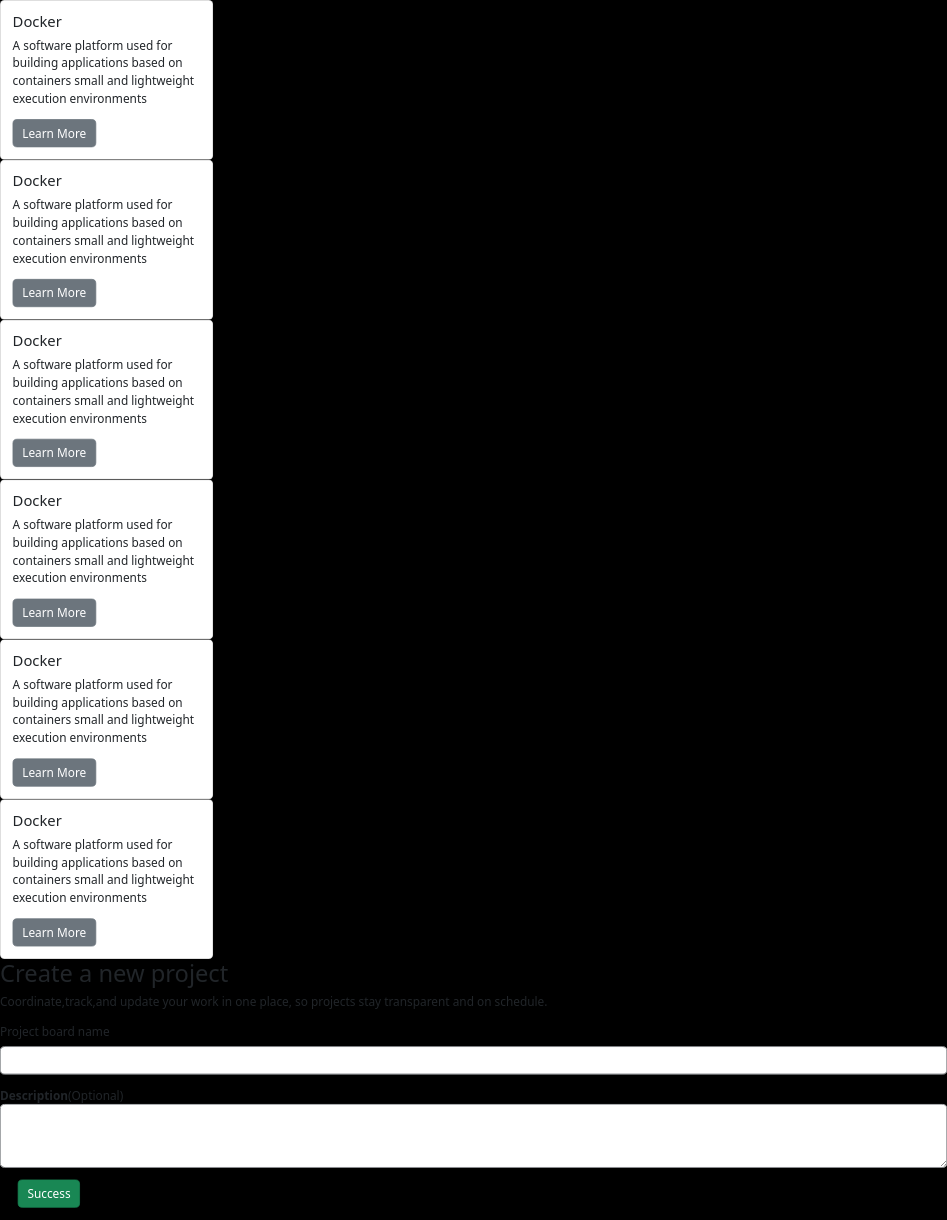
Repository: NSS-Evening-25-Cohort/e25-gitsub-control-alt-defeat
Page: index.html
The author's editor kept a copy of each file at every save. The page is drawn from the files as they stood at one save, then again after the next save.
The browser window is 1280 px wide. The pictures show the whole page, at 74% of full size.

Above is the page before, as saved 2023-11-07 19:10:59.

### index.html
<!DOCTYPE html>
<html lang="en">
  <head>
    <meta charset="UTF-8" />
    <meta name="viewport" content="width=device-width, initial-scale=1.0" />
    <link
      rel="stylesheet"
      href="https://cdn.jsdelivr.net/npm/bootstrap@5.3.2/dist/css/bootstrap.min.css"
    />
    <link rel="stylesheet" href="main.css" />
    <title>Document</title>
  </head>
  <body>
    <div id="app2"></div>
    <div id="app1"></div>
    <script src="	https://cdn.jsdelivr.net/npm/bootstrap@5.3.2/dist/js/bootstrap.bundle.min.js"></script>
    <div class="packageHeader"><h2>Create a new project</h2>
      <p>Coordinate,track,and update your work in one place, so projects stay transparent and on schedule.</p>
    </div>

    <form>
        <div class="mb-3">
        <label for="exampleInputEmail1" class="form-label" id="boardName">Project board name</label>
        <input type="text" class="form-control" class="packageForm" id="projectBoardName" aria-describedby="emailHelp">
      </div>
      <div class="form-group mb-3">
        <label for="exampleFormControlTextarea1" id="descriptionName" class="packageForm"><B>Description</B>(Optional)</label>
        <textarea class="form-control" id="projectDescription" rows="3"></textarea>
      </div>
      </div>
      <div class="mb-3 form-check">
        <button type="submit" class="btn btn-success">Success</button>
    </form>

    <script src="main.js"></script>

  </body>
</html>

### main.css
body {
  background-color: black;

  /* display: flex;
  flex-direction: column; */
}

/* .headerPlacement {
  display: flex;
  justify-content: end;
}

header {
  margin: 3%;
  height: 3rem;
  width: 65%;
  justify-content: left;
  display: flex;
  gap: 5%;
  background-color: blue;
}

#sidebar {
  background-color: blueviolet;
  float: left;
  margin-right: 8%;
  width: 175px;
}

.appContainer {
  display: flex;
  justify-content: center;
  margin: 3%;
}

#app1 {
  background-color: aqua;
  height: 250px;
  width: 400px;
}

#app2 {
  margin-top: 5%;
  background-color: blue;
  height: 250px;
}

.footer {
  background-color: aquamarine;
  display: flex;
  justify-content: center;
  gap: 10%;
} */

.footer img {
  width: 10px;
  height: 10px;
  border-radius: 10px;
  margin-right: 10px;
}

### main.js
const packageCards =[
  {
    id: 1,
    name: "Docker",
    info: "A software platform used for building applications based on containers small and lightweight execution environments",
  },
  {
    id: 2,
    name: "Docker",
    info: "A software platform used for building applications based on containers small and lightweight execution environments"
  },
  {
    id: 3,
    name: "Docker",
    info: "A software platform used for building applications based on containers small and lightweight execution environments"
  },
  {
    id: 4,
    img: "image",
    name: "Docker",
    info: "A software platform used for building applications based on containers small and lightweight execution environments"
  },
  {
    id: 5,
    imageURL: "https://www.google.com/url?sa=i&url=https%3A%2F%2Fwww.creativebloq.com%2Fnews%2Ftwitter-logo-history&psig=AOvVaw3y8LYKl_CxiwL2W_oTsGUa&ust=1699413723681000&source=images&cd=vfe&ved=0CBEQjRxqFwoTCKD7mcz3sIIDFQAAAAAdAAAAABAE",
    name: "Docker",
    info: "A software platform used for building applications based on containers small and lightweight execution environments"
  },
  {
    id: 6,
    name: "Docker",
    info: "A software platform used for building applications based on containers small and lightweight execution environments"
  },
];

const app1 = document.querySelector("#app1");
const app2 = document.querySelector("#app2");

const renderToDom = (packageCards) =>{

  let domString = "";

  for(let card of packageCards){
    domString += `<div class="card" style="width: 18rem;">
    <div class="card-body">
      <h5>${card.name}</h5>
      <p class="card-text">${card.info}</p>
      <button type="button" class="btn btn-secondary">Learn More</button>
    </div>
  </div>`
  }
  const app1 = document.querySelector("#app1")
  app1.innerHTML = domString
}
renderToDom(packageCards)


const form = document.querySelector("form");

const createPackage = (event) =>{
  event.preventDefault();

  const newPackage = {
    id: packageCards.length +1,
    name: document.querySelector("#projectBoardName").value,
    info: document.querySelector("#projectDescription").value,
  }
  packageCards.push(newPackage);
  renderToDom(packageCards);
  form.reset();
}
form.addEventListener("submit", createPackage)

After the next save:
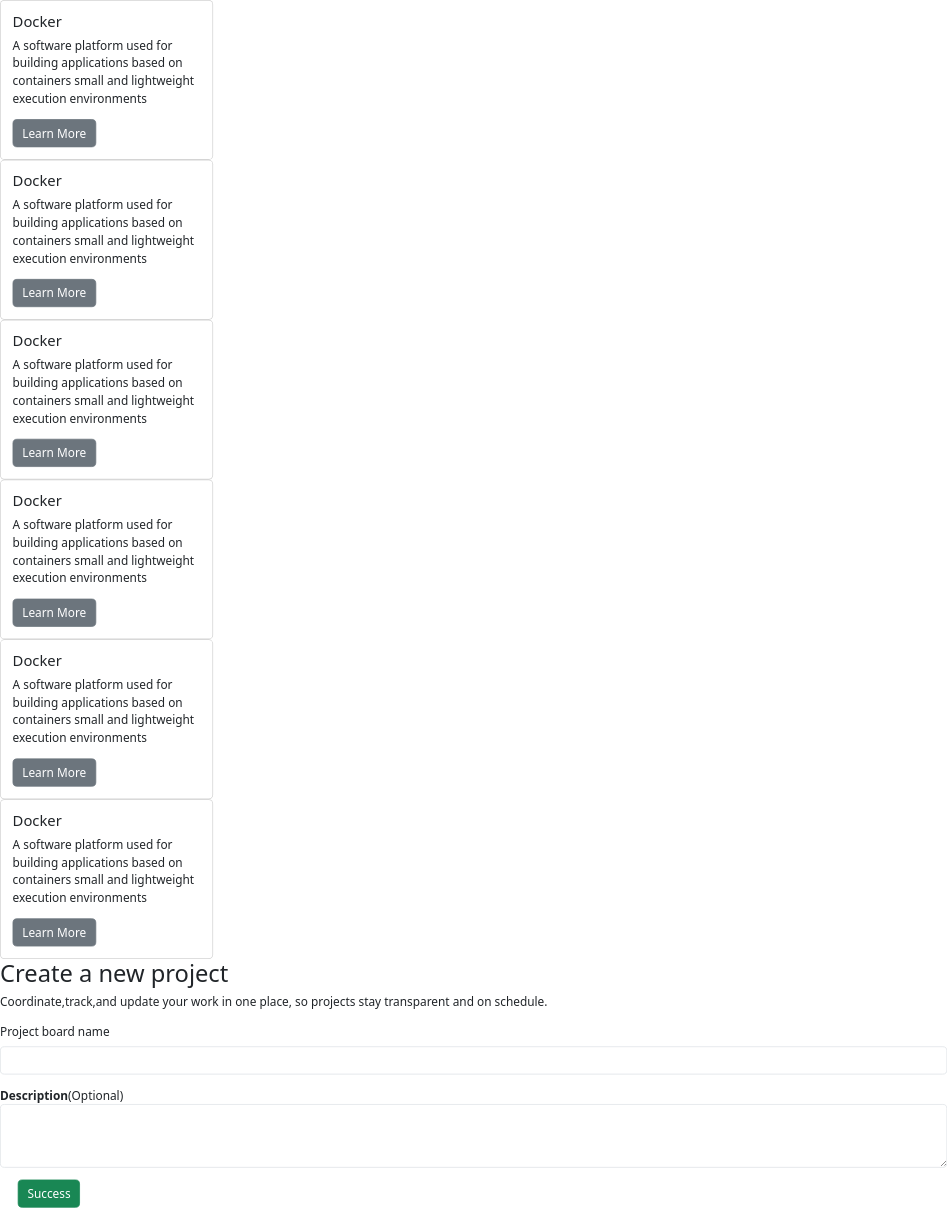
Saved 4 s later.
--- a/main.css
+++ b/main.css
@@ -1,6 +1,6 @@
-body {
+/* body {
   background-color: black;
-
+  */
   /* display: flex;
   flex-direction: column; */
 }
